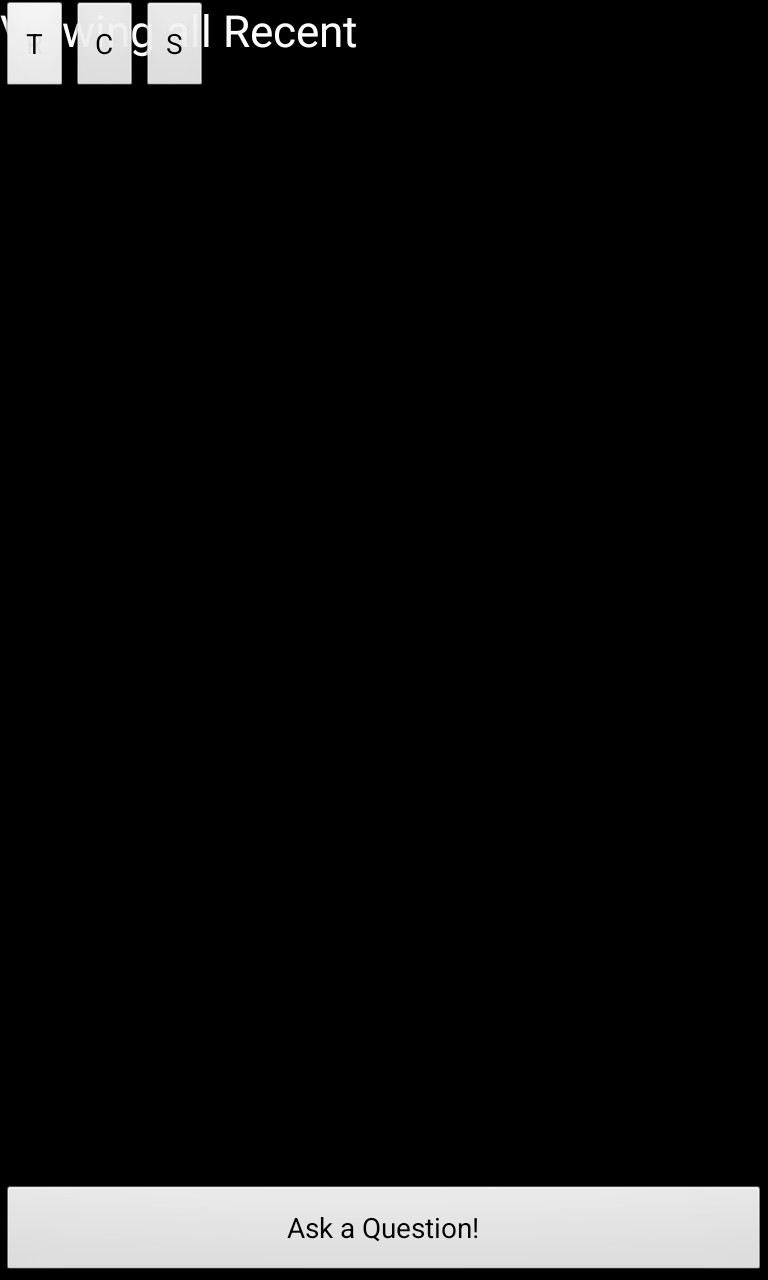
Repository: AustinCundiff/Questions-App
Layout: Q&AApp_Android/res/layout/activity_question_list.xml
These files come from the project's save history. The layout is drawn as it stood at one moment and after a run of saves; the edit follows.
It is drawn on a 768 x 1280 px phone screen (xhdpi) without system bars, with theme android:Theme; the app's code is not run. Lists and similar views that code fills are empty.

Above is the layout before, as saved 2014-12-31 04:45:52.

After the next 2 saves:
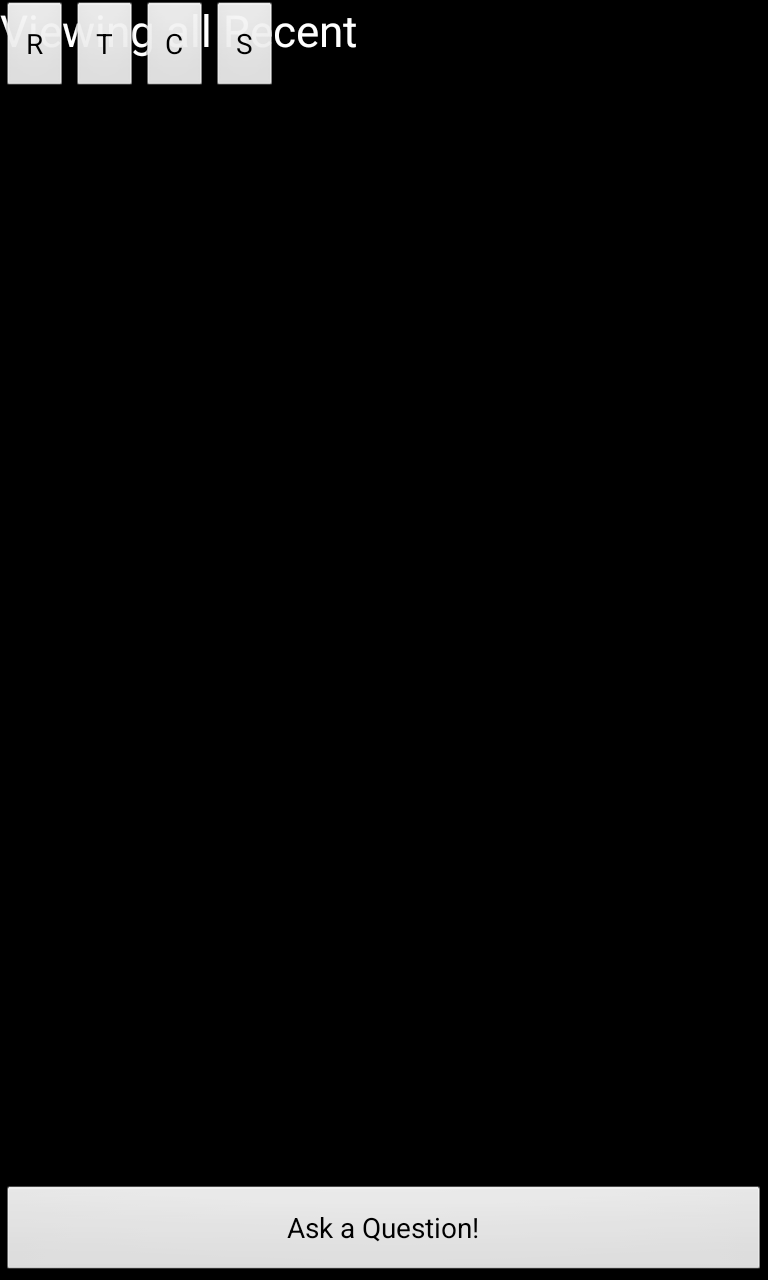
The 2 saves are shown as one change because they came seconds apart.
The last was saved 27 s later.
--- a/Q&AApp_Android/res/layout/activity_question_list.xml
+++ b/Q&AApp_Android/res/layout/activity_question_list.xml
@@ -14,7 +14,7 @@
         android:textAppearance="?android:attr/textAppearanceLarge" />
 
     <Button
-        android:id="@+id/askButton"
+        android:id="@+id/button1"
         android:layout_width="35dp"
         android:layout_height="wrap_content"
         android:layout_alignParentTop="true"
@@ -53,7 +53,7 @@
         android:layout_below="@id/button1" />
 
     <Button
-        android:id="@+id/button5"
+        android:id="@+id/askButton"
         android:layout_width="match_parent"
         android:layout_height="wrap_content"
         android:layout_alignParentBottom="true"
